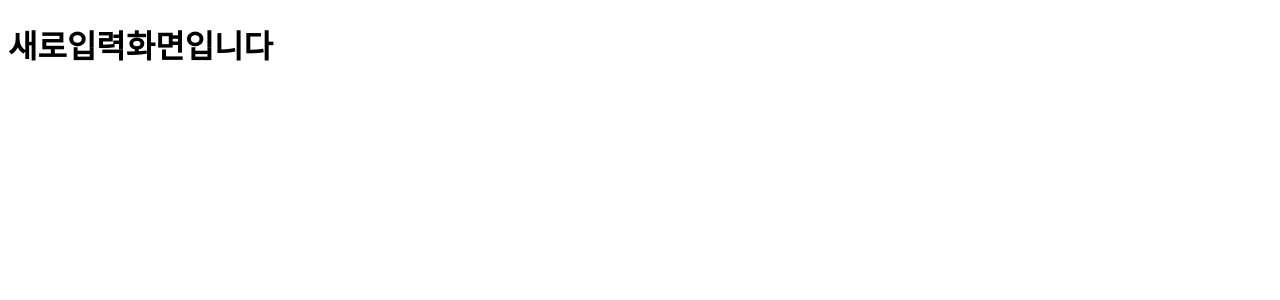
Repository: kvmhyvmvn/Study_JspServlet
Page: http://localhost/05.Mybatis/customer/insert.jsp
The author's editor kept a copy of each file at every save. The page is drawn from the files as they stood at one save, then again after the next save.
The browser window is 1280 px wide. The pictures show the whole page.
The page is served by Tomcat 9. Other server files are loaded and not shown.

Above is the page before, as saved 2023-05-25 03:41:10.

### WorkSpace/05.Mybatis/src/main/webapp/customer/insert.jsp
<%@ page language="java" contentType="text/html; charset=UTF-8"
    pageEncoding="UTF-8"%>
<!DOCTYPE html>
<html>
<head>
<meta charset="UTF-8">
<title>Insert title here</title>
</head>
<body>
	<h1>새로입력화면입니다</h1>

</body>
</html>

After the next save:
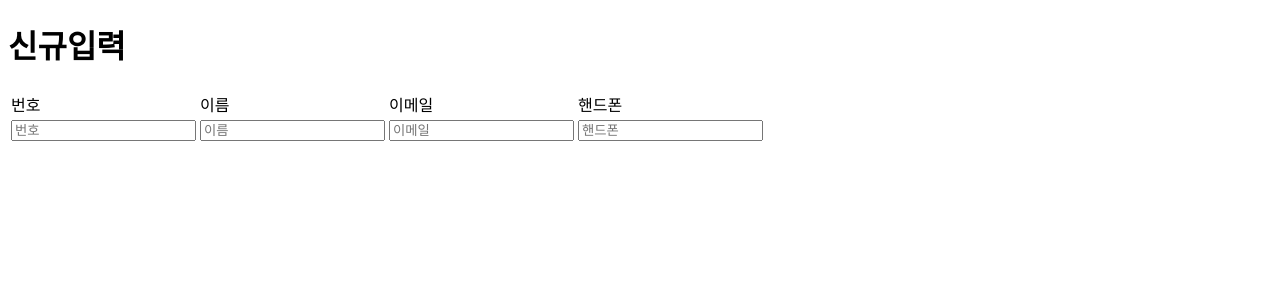
Saved 6 min 28 s later.
--- a/WorkSpace/05.Mybatis/src/main/webapp/customer/insert.jsp
+++ b/WorkSpace/05.Mybatis/src/main/webapp/customer/insert.jsp
@@ -7,7 +7,20 @@
 <title>Insert title here</title>
 </head>
 <body>
-	<h1>새로입력화면입니다</h1>
-
+	<h1>신규입력</h1>
+	<table>
+		<tr>
+			<td>번호</td>
+			<td>이름</td>
+			<td>이메일</td>
+			<td>핸드폰</td>
+		</tr>
+		<tr>
+			<td><input type="text" name = "id" placeholder="번호"></td>
+			<td><input type="text" name = "name" placeholder="이름"></td>
+			<td><input type="text" name = "email" placeholder="이메일"></td>
+			<td><input type="text" name = "phone" placeholder="핸드폰"></td>
+		</tr>
+	</table>
 </body>
 </html>
